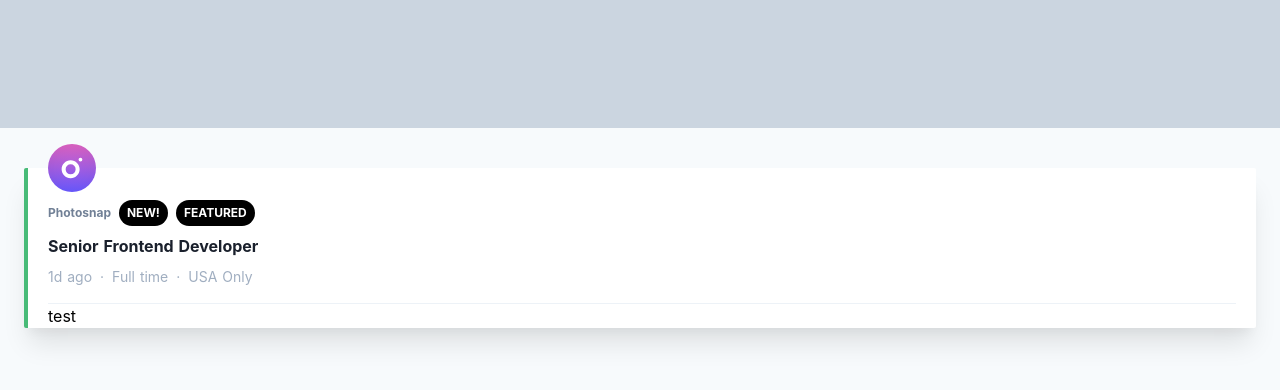
Repository: asongdon/frontendmentor-joblisting
Page: /
These files come from the project's save history. The page is drawn as it stood at one moment and after a run of saves; the edit follows.
The browser window is 1280 px wide. The pictures show the whole page.
The project was rebuilt for these pictures with package versions that can differ from the ones it lists, and the page was loaded fresh each time. The framework's server and built-in components were replaced by stand-ins that run in the browser. Also part of the build but not shown: nuxt.config.js.

Above is the page before, as saved 2020-04-12 20:56:42.

### layouts/default.vue
<template>
  <div class="h-screen">
    <Header/>
    <nuxt />
  </div>
</template>

<script>
import Header from '@/components/Header.vue'

export default {
  components: {
    Header
  },
}
</script>

<style>
html {
  font-family: 'Inter', -apple-system, BlinkMacSystemFont, 'Segoe UI',
    Roboto, 'Helvetica Neue', Arial, sans-serif;
  font-size: 16px;
  word-spacing: 1px;
  -ms-text-size-adjust: 100%;
  -webkit-text-size-adjust: 100%;
  -moz-osx-font-smoothing: grayscale;
  -webkit-font-smoothing: antialiased;
  box-sizing: border-box;
  @apply bg-gray-100;
}

*,
*:before,
*:after {
  box-sizing: border-box;
  margin: 0;
}

.button--green {
  display: inline-block;
  border-radius: 4px;
  border: 1px solid #3b8070;
  color: #3b8070;
  text-decoration: none;
  padding: 10px 30px;
}

.button--green:hover {
  color: #fff;
  background-color: #3b8070;
}

.button--grey {
  display: inline-block;
  border-radius: 4px;
  border: 1px solid #35495e;
  color: #35495e;
  text-decoration: none;
  padding: 10px 30px;
  margin-left: 15px;
}

.button--grey:hover {
  color: #fff;
  background-color: #35495e;
}
</style>

### pages/index.vue
<template>
  <div class="container py-10 px-6">
    <Maincard/>
  </div>
</template>

<script>
import Maincard from '@/components/Maincard'
export default {
  components: {
    Maincard
  }
}
</script>

<style>
/* Sample `apply` at-rules with Tailwind CSS
.container {
  @apply min-h-screen flex justify-center items-center text-center mx-auto;
}
*/

</style>

### components/Header.vue
<template>
  <div class="w-full h-32 bg-gray-400"></div>
</template>

<script>
export default {}
</script>

<style></style>

### components/Maincard.vue
<template>
    <div class="flex flex-col flex-no-wrap rounded-sm px-5 border-l-4 border-green-500 bg-white shadow-xl">

    <div class="-mt-6 mb-2">
      <img class="w-12" src="~/assets/logos/faceit.svg" alt="" />
    </div>

    <div class="flex items-center">
      <div class="text-xs font-bold text-gray-600">Photosnap</div>
      <div class="flex text-xs font-bold">
        <div class="bg-black text-white rounded-full px-2 py-1 uppercase ml-2">
          New!
        </div>
        <div class="bg-black text-white rounded-full px-2 py-1 uppercase ml-2">
          Featured
        </div>
      </div>
    </div>

    <div class="mt-2 font-bold text-gray-900">
      Senior Frontend Developer
    </div>

    <div class="flex text-sm mt-2 text-gray-500 border-b border-gray-200 pb-4">
      <div class="mr-2">1d ago</div>
      <div class="mr-2">·</div>
      <div class="mr-2">Full time</div>
      <div class="mr-2">·</div>
      <div>USA Only</div>
    </div>

    <div>
      test
    </div>

  </div>
</template>

<script>
export default {}
</script>

<style></style>

Loaded but not shown: assets/css/tailwind.css (common file); tailwind.config.js (common file); store/filter.js (no copy from this time; the picture is the same without it); store/index.js (no copy from this time; the picture is the same without it)

After the next 2 saves:
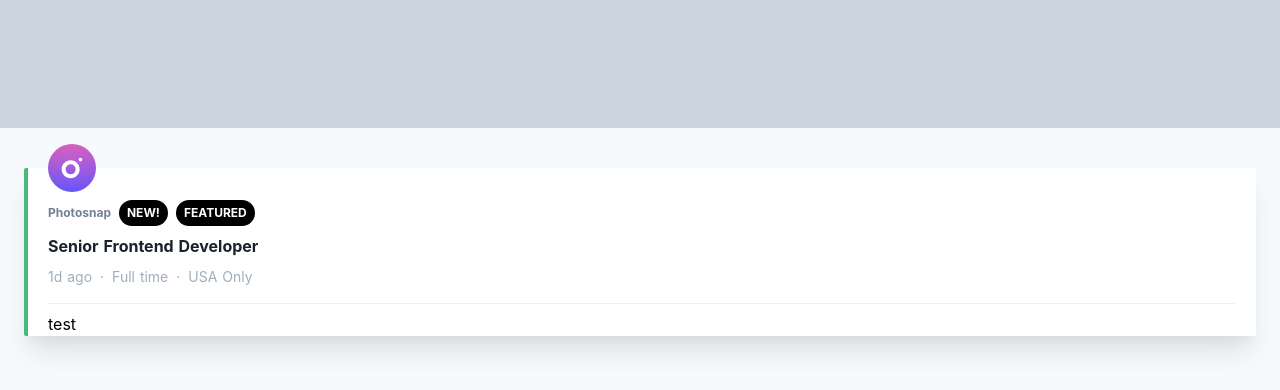
The 2 saves are shown as one change because they came seconds apart.
The last was saved 21 s later.
--- a/components/Maincard.vue
+++ b/components/Maincard.vue
@@ -21,7 +21,7 @@
       Senior Frontend Developer
     </div>
 
-    <div class="flex text-sm mt-2 text-gray-500 border-b border-gray-200 pb-4">
+    <div class="flex text-sm mt-2 text-gray-500 border-b border-gray-200 pb-4 mb-2">
       <div class="mr-2">1d ago</div>
       <div class="mr-2">·</div>
       <div class="mr-2">Full time</div>
@@ -29,7 +29,7 @@
       <div>USA Only</div>
     </div>
 
-    <div>
+    <div class="">
       test
     </div>
 
